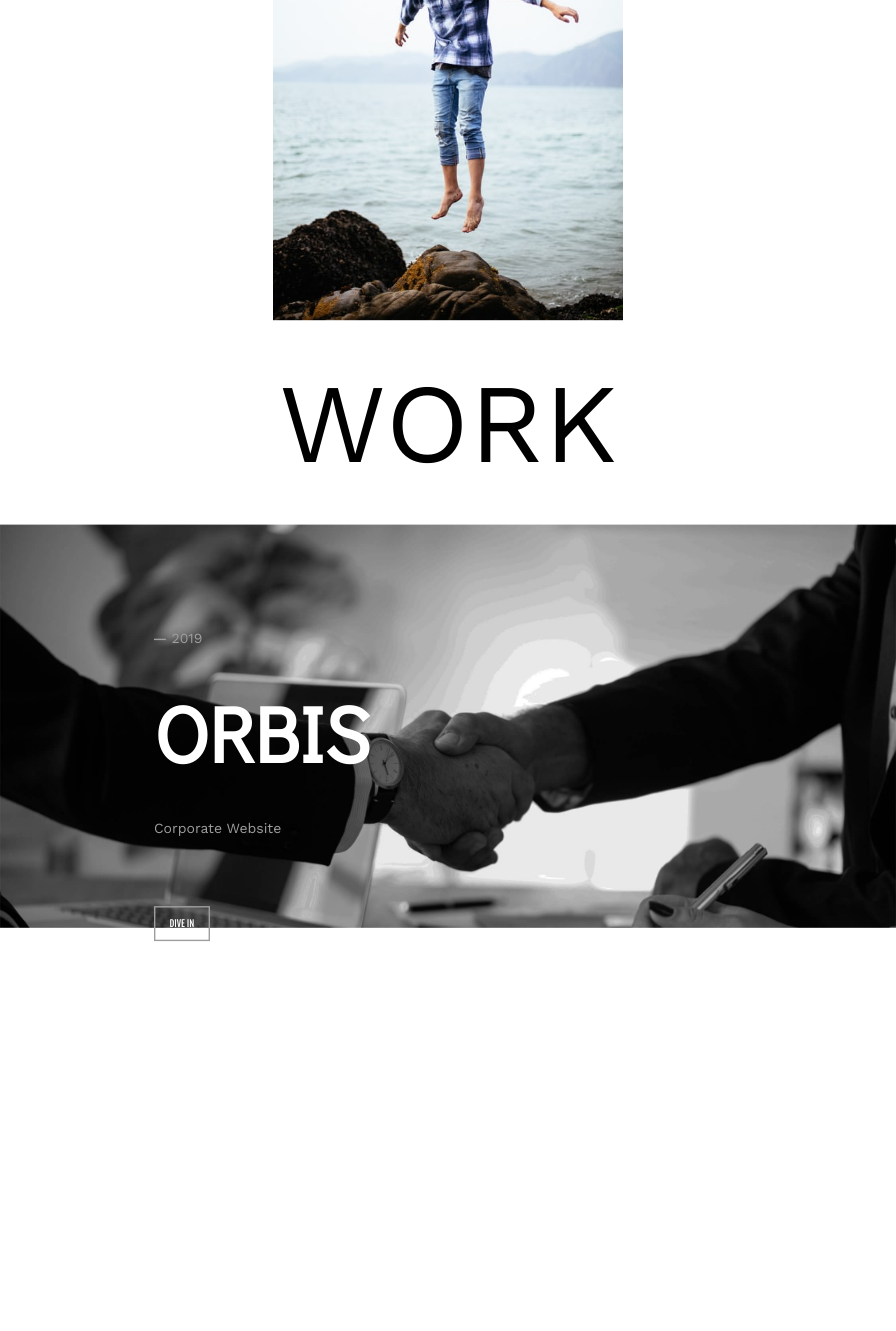
Repository: m0lt/DigitalDesigner
Page: index.html
An editor plug-in stored every save of this project. The page is shown before and after the next save, followed by the edit.
The browser window is 1280 px wide. The pictures show the part of the page from y = 659 to 2579 px (the page is 2560 px tall before and 2579 px after), at 70% of full size.
Backgrounds fixed to the window are drawn as part of the page.

Above is the page before, as saved 2025-07-08 11:10:30.

### index.html
<!DOCTYPE html>
<html lang="en">
  <head>
    <meta charset="UTF-8" />
    <meta name="viewport" content="width=device-width, initial-scale=1.0" />
    <link rel="stylesheet" href="./assets/css/styles.css" />
    <link rel="stylesheet" href="./assets/css/styles.css" />
    <title>Project 1</title>
  </head>
  <body>
    <header></header>
    <main>
      <section class="hero">
        <p>Super Portfolio of</p>
        <h1>DIGITAL<br />DESIGNER</h1>
        <img src="./assets/img/portfolio1.jpeg" alt="Man Jumping on Rock" />
        <p>WORK</p>
      </section>
      <section id="ORBIS" class="dark content">
        <p class="Year">2019</p>
        <h2>ORBIS</h2>
        <p>Corporate Website</p>
        <button>DIVE IN</button>
      </section>
      <section class="dark content"></section>
      <section></section>
      <section></section>
    </main>
    <footer></footer>
  </body>
</html>

### assets/css/styles.css
* {
  box-sizing: border-box;
  margin: 0;
  padding: 0;
}

:root {
  --void: #000;
  --bright: #fff;
  --dark: #333;
  --mid: #666;
  --light: #9e9e9e;
  --font-size: 16px;
}

@font-face {
  font-family: "Didact Gothic";
  src: url(../font/Didact_Gothic/DidactGothic-Regular.ttf);
}
@font-face {
  font-family: "Fjalla One";
  src: url(../font/Fjalla_One/FjallaOne-Regular.ttf);
}
@font-face {
  font-family: "Work Sans";
  src: url(../font/Work_Sans/WorkSans-VariableFont_wght.ttf);
}

html {
}

h1 {
  font-family: "Didact Gothic";
  font-size: 100px;
  font-weight: 100px;
  letter-spacing: -2px;
  margin: 30px;
}

h2 {
  font-family: "Didact Gothic";
  font-size: 112px;
  padding: 50px 0 50px 0;
}

.content {
  margin: 0 auto;
  padding: 150px 220px;
  height: 80vh;
  background-repeat: no-repeat;
  background-attachment: fixed;
}

.content p {
  font-family: "Work Sans";
  font-size: 20px;
}

/* Strich vor der Jahreszahl */
.Year::before {
  content: "";
  display: inline-block;
  width: 17px;
  height: 2px;
  margin-right: 8px;
  vertical-align: middle;
}

button {
  border-width: 2px;
  border-style: solid;
  padding: 15px 20px;
  margin-top: 100px;
  background-color: transparent;
  font-family: "Fjalla One";
}

/* !=============Color Scheme: Dark=============== */
.dark p {
  color: var(--light);
}
.dark h2 {
  color: var(--bright);
}
.dark button {
  border-color: var(--light);
  color: var(--bright);
}
.dark .Year::before {
  background-color: var(--light);
}

/* !=============Color Scheme: Light=============== */

.light p {
  color: var(--mid);
}
.light h2 {
  color: var(--void);
}
.light button {
  border-color: var(--mid);
  color: var(--bright);
}
.light .Year::before {
  background-color: var(--mid);
}

/* #==============Sections=============== */

.hero {
  text-align: center;
  margin: 20px;
}
.hero p {
  font-family: "Work Sans";
}
.hero p:nth-of-type(1) {
  font-size: 20px;
}
.hero p:nth-of-type(2) {
  margin: 50px;
  font-size: 160px;
}

#ORBIS {
  background-image: url("../img/portfolio2.jpg");
  background-size: cover;
}

After the next save:
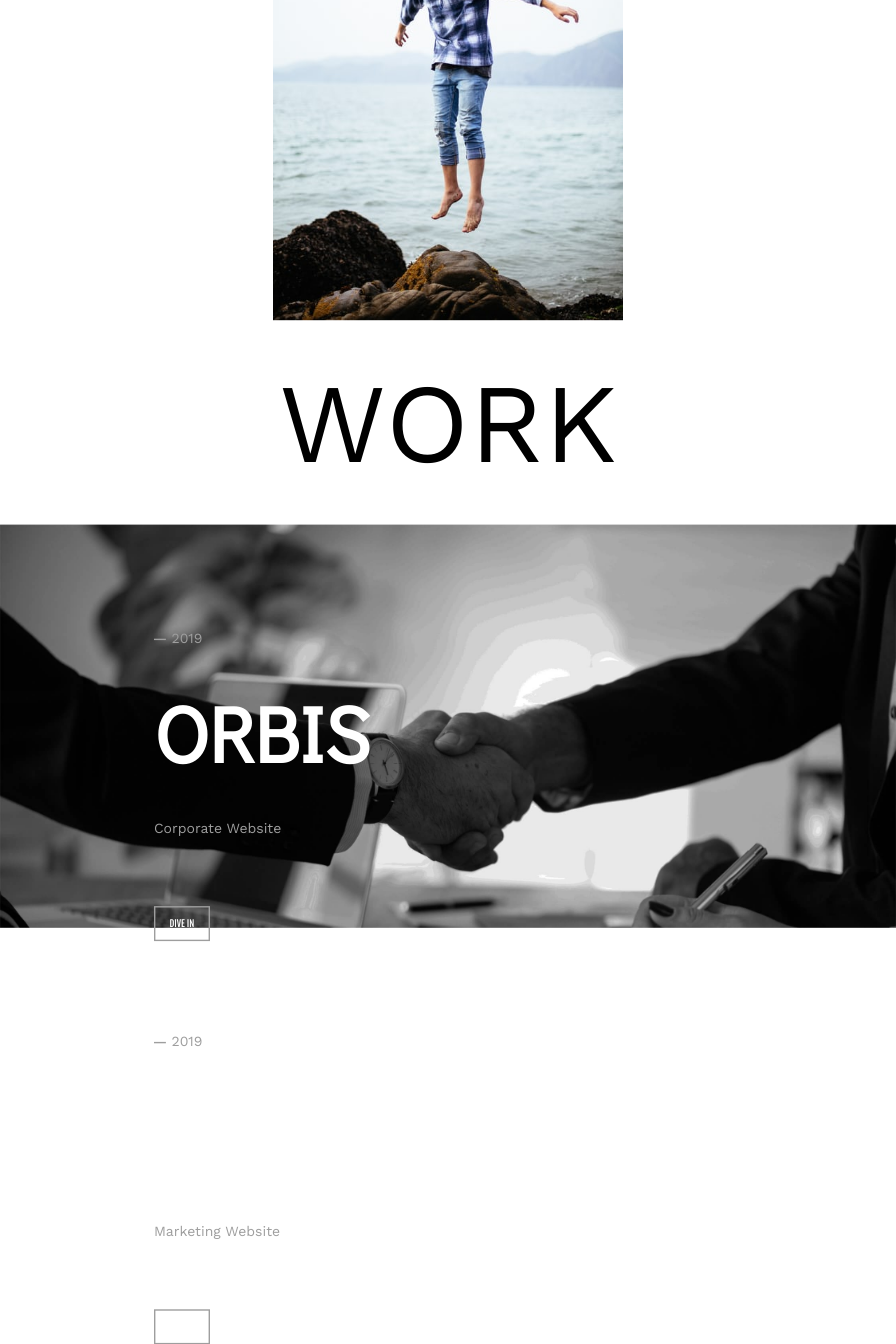
Saved 51 s later.
--- a/index.html
+++ b/index.html
@@ -22,7 +22,12 @@
         <p>Corporate Website</p>
         <button>DIVE IN</button>
       </section>
-      <section class="dark content"></section>
+      <section id="ROLLR" class="dark content">
+        <p class="Year">2019</p>
+        <h2>ROLLR</h2>
+        <p>Marketing Website</p>
+        <button>DIVE IN</button>
+      </section>
       <section></section>
       <section></section>
     </main>
